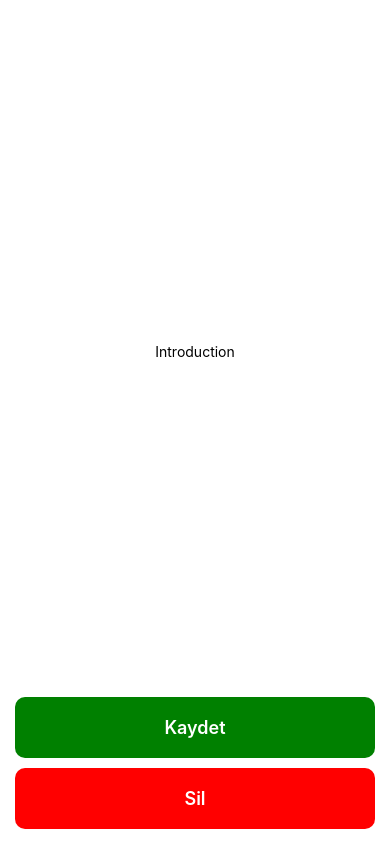
Repository: Kubraaygun/ReactNativeMVVM
Screen: /
The author's editor kept a copy of each file at every save. The screen is drawn from the files as they stood at one save, then again after the next save.
The app was drawn by React Native's web renderer in a window 390 px wide. The project was rebuilt for these pictures with package versions that can differ from the ones it lists, and the page was loaded fresh each time.

Above is the screen before, as saved 2024-12-12 01:22:27.

After the next save:
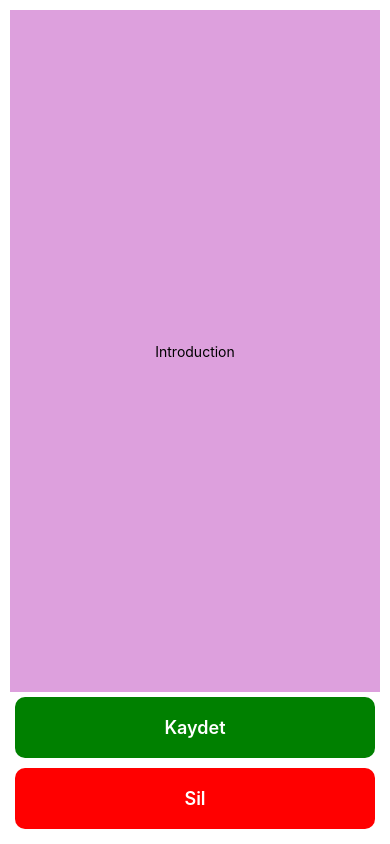
Saved 5 s later.
--- a/src/components/home/introduction.jsx
+++ b/src/components/home/introduction.jsx
@@ -17,7 +17,7 @@ const styles = StyleSheet.create({
     flex: 1,
     justifyContent: 'center',
     alignItems: 'center',
-    backgroundColor: '#plum',
+    backgroundColor: 'plum',
   },
 });
 
